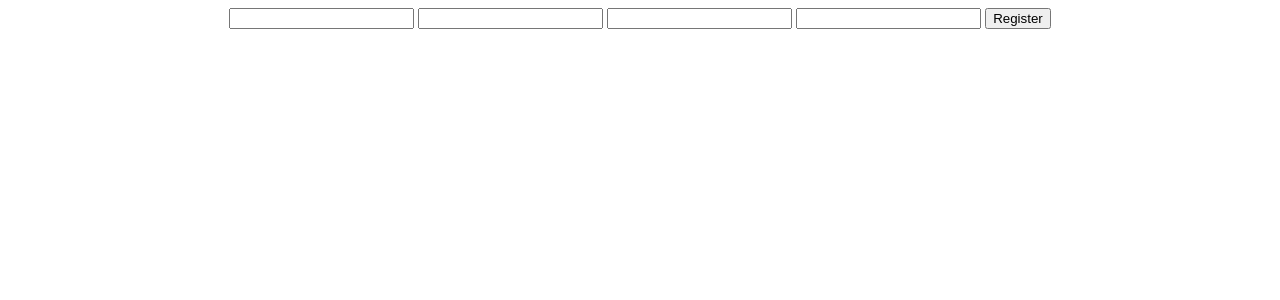
Repository: manshiginodia/SpringMVC
Page: http://localhost/II_SpringWebMVCApp/
The author's editor kept a copy of each file at every save. The page is drawn from the files as they stood at one save, then again after the next save.
The browser window is 1280 px wide. The pictures show the whole page.
The page is served by Tomcat 9.

Above is the page before, as saved 2022-11-21 11:13:57.

After the next save:
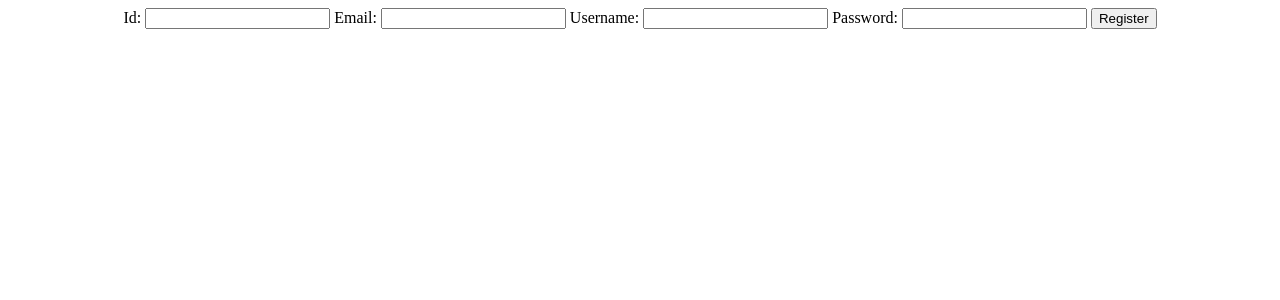
Saved 3 min 18 s later.
--- a/II_SpringWebMVCApp/src/main/webapp/WEB-INF/view/register.jsp
+++ b/II_SpringWebMVCApp/src/main/webapp/WEB-INF/view/register.jsp
@@ -10,10 +10,10 @@
 <center>
 <form action="regform" method ="post">
 
-<input type="text" name ="userid">
-<input type="email" name ="useremail">
-<input type="text" name ="username">
-<input type="password" name ="userpwd">
+<lable for="userid">Id:</lable> <input type="text" name ="userid">
+<lable for="useremail">Email:</lable> <input type="email" name ="useremail">
+<lable for="username">Username:</lable> <input type="text" name ="username">
+<lable for="userpwd">Password:</lable> <input type="password" name ="userpwd">
 <input type="submit" value ="Register">
 
 </form>
